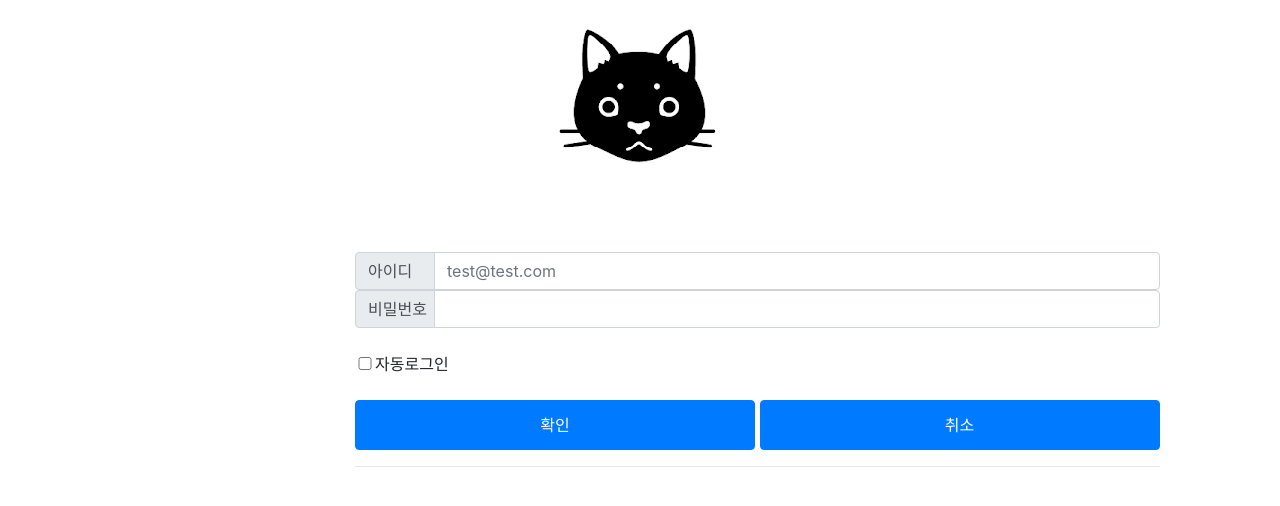
Repository: 0deepsleep/SpringMVCStudy
Page: http://localhost/TestProject/joinCheck.jsp
The author's editor kept a copy of each file at every save. The page is drawn from the files as they stood at one save, then again after the next save.
The browser window is 1280 px wide. The pictures show the whole page.
The page is served by Tomcat 9.

Above is the page before, as saved 2019-06-14 09:41:35.

### TestProject/WebContent/joinCheck.jsp
<%@ page contentType="text/html; charset=UTF-8"%>
<%@ taglib prefix="c" uri="http://java.sun.com/jsp/jstl/core" %>
<%
	request.setCharacterEncoding("UTF-8");
	String cp = request.getContextPath();
%>
<!DOCTYPE html>
<html>
<head>
<meta charset="UTF-8">
<title>joinCheck.jsp</title>
<link rel="stylesheet" href="https://stackpath.bootstrapcdn.com/bootstrap/4.3.1/css/bootstrap.min.css">
<style type="text/css">
	.bolck
	{
		width: 80px;
	}

	.btn
	{
		width: 400px;
		height: 50px
	}


	#err
	{
		display: none;
		color: red;
		font-size: small;
	}

	*{text-align:left;}

</style>
<script type="text/javascript" src="https://ajax.googleapis.com/ajax/libs/jquery/3.4.1/jquery.min.js"></script>
<script type="text/javascript">

	$(document).ready(function()
	{
		$("#btn").click(function()
		{

			$("#err").css("display", "none");

			if($("#userPwd").val()=="")
			{
				$("#err").css("display", "inline");
				return;
			}

			$("#memberForm").submit();

		});


	});
</script>
</head>
<body>

<div class="text-center container">
	<img src="<%=cp %>/img/cat.png" class="rounded" alt="" >
  <div class="row" style="margin-top: 60px;">
  	<div class="col-md-6- offset-md-3">
  		<div class="input-group" id="memberForm">
	  		<div class="input-group-prepend">
		    	<span class="input-group-text bolck">아이디</span>
		    </div>
		  <input type="text" id="userId" name="userId" class="form-control"
		  required="required" placeholder="test@test.com">
		    </div>

		<div class="input-group" id="memberForm">
	  		<div class="input-group-prepend">
		    	<span class="input-group-text bolck">비밀번호</span>
		    </div>
		  	<input type="password" id="userPwd" name="userPwd" class="form-control"
		  required="required" >
		</div>
		<span id="err">패스워드를 입력하세요.</span>
		<br><input type="checkbox" style="width: 20px;">자동로그인

		<br><br>
		<button type="button" id="btn" name="btn" class="btn-primary btn">확인</button>
		<button type="button" id="btn" name="btn" class="btn-primary btn">취소</button>
		<br><hr />

	</div>
  </div>
</div>

</body>
</html>

After the next save:
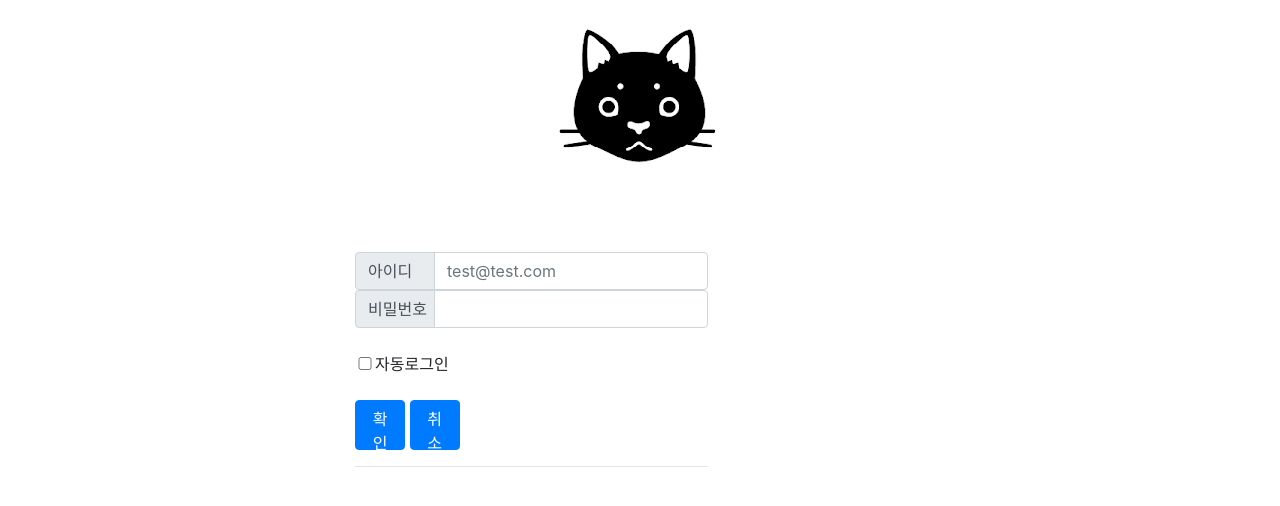
Saved 20 s later.
--- a/TestProject/WebContent/joinCheck.jsp
+++ b/TestProject/WebContent/joinCheck.jsp
@@ -18,7 +18,7 @@
 
 	.btn
 	{
-		width: 400px;
+		width: 50px;
 		height: 50px
 	}
 
